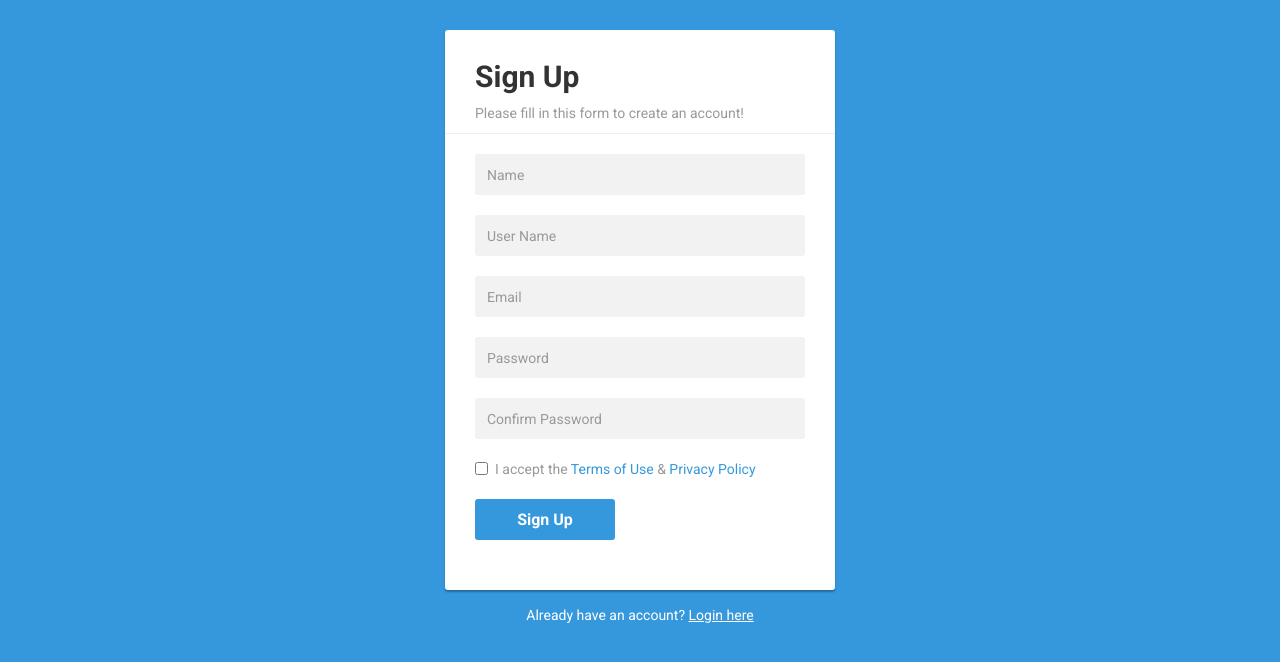
Repository: Rajat-Jain29/Java-Spring-Boot
Page: http://localhost/Registration/register.jsp
The author's editor kept a copy of each file at every save. The page is drawn from the files as they stood at one save, then again after the next save.
The browser window is 1280 px wide. The pictures show the whole page.
The page is served by Tomcat 9.

Above is the page before, as saved 2021-03-21 09:24:10.

After the next save:
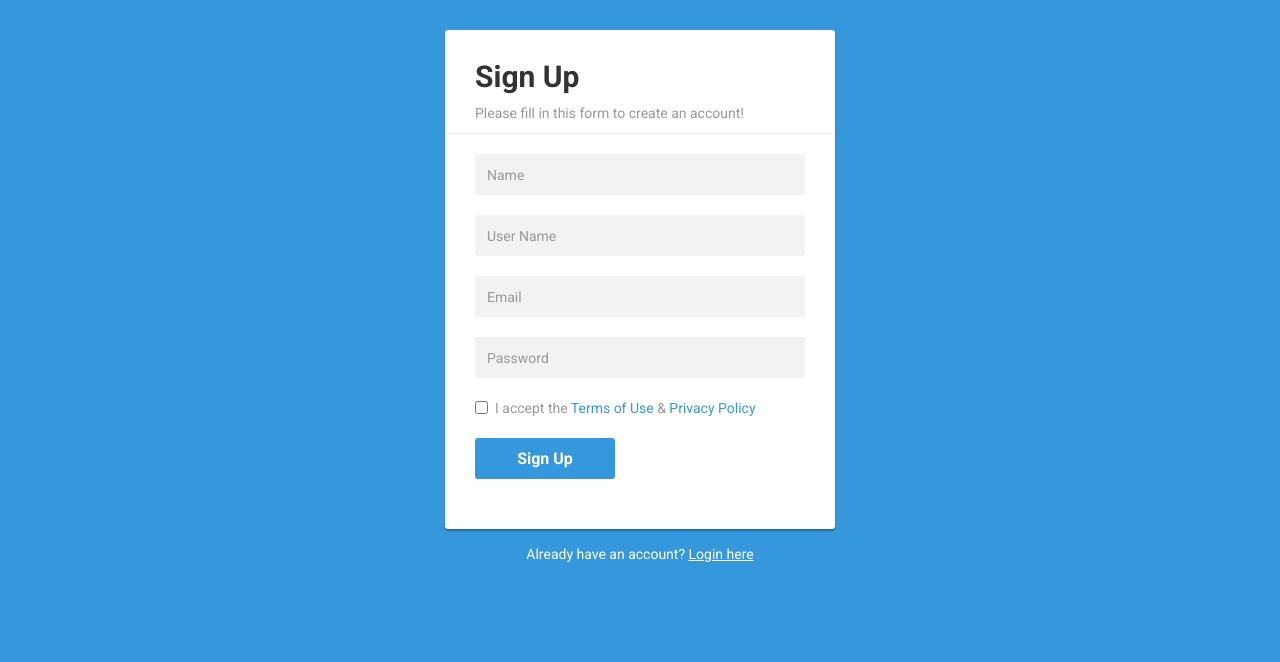
Saved 5 s later.
--- a/Registration/Registration/WebContent/register.jsp
+++ b/Registration/Registration/WebContent/register.jsp
@@ -118,9 +118,6 @@
 		<div class="form-group">
             <input type="password" class="form-control" name="password" placeholder="Password" required="required">
         </div>
-		<div class="form-group">
-            <input type="password" class="form-control" name="confirm_password" placeholder="Confirm Password" required="required">
-        </div>
 
 
         <div class="form-group">
